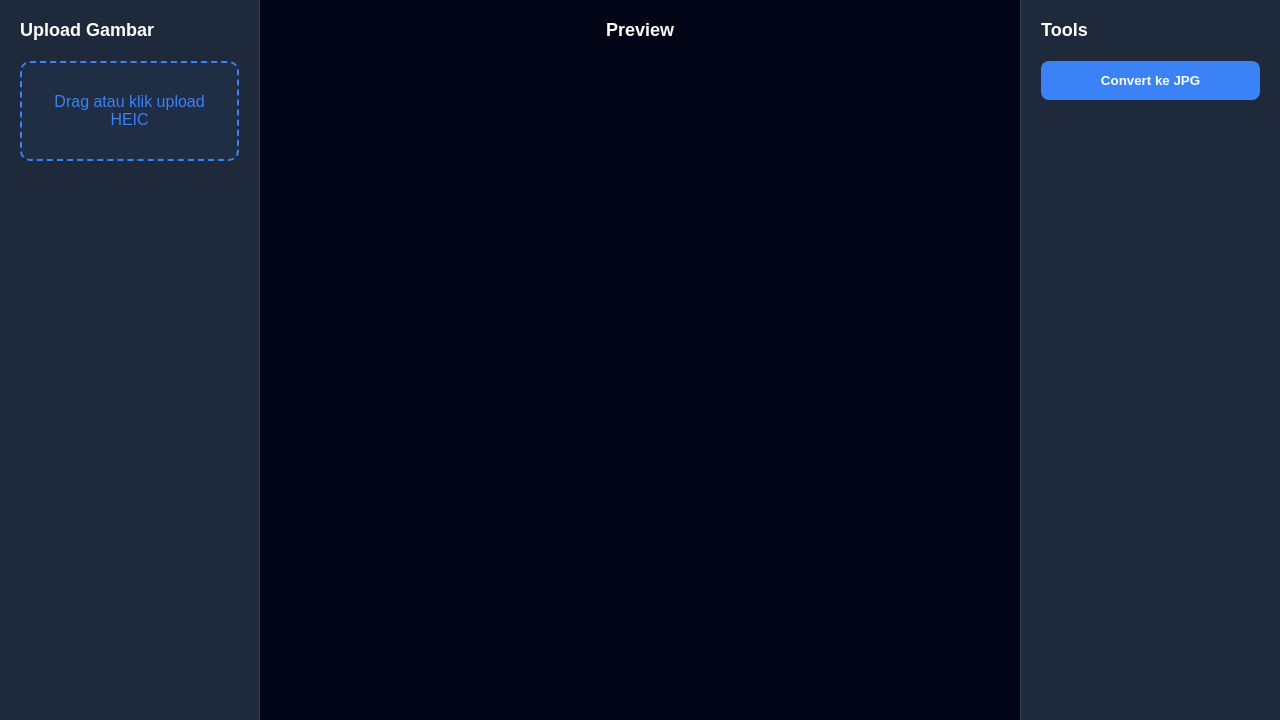
Repository: procinema22/hiisedulurfc
Page: hesedulur-main/convert-image.html
The author's editor kept a copy of each file at every save. The page is drawn from the files as they stood at one save, then again after the next save.
The browser window is 1280 px wide. The pictures show the whole page.

Above is the page before, as saved 2026-04-23 23:20:23.

After the next save:
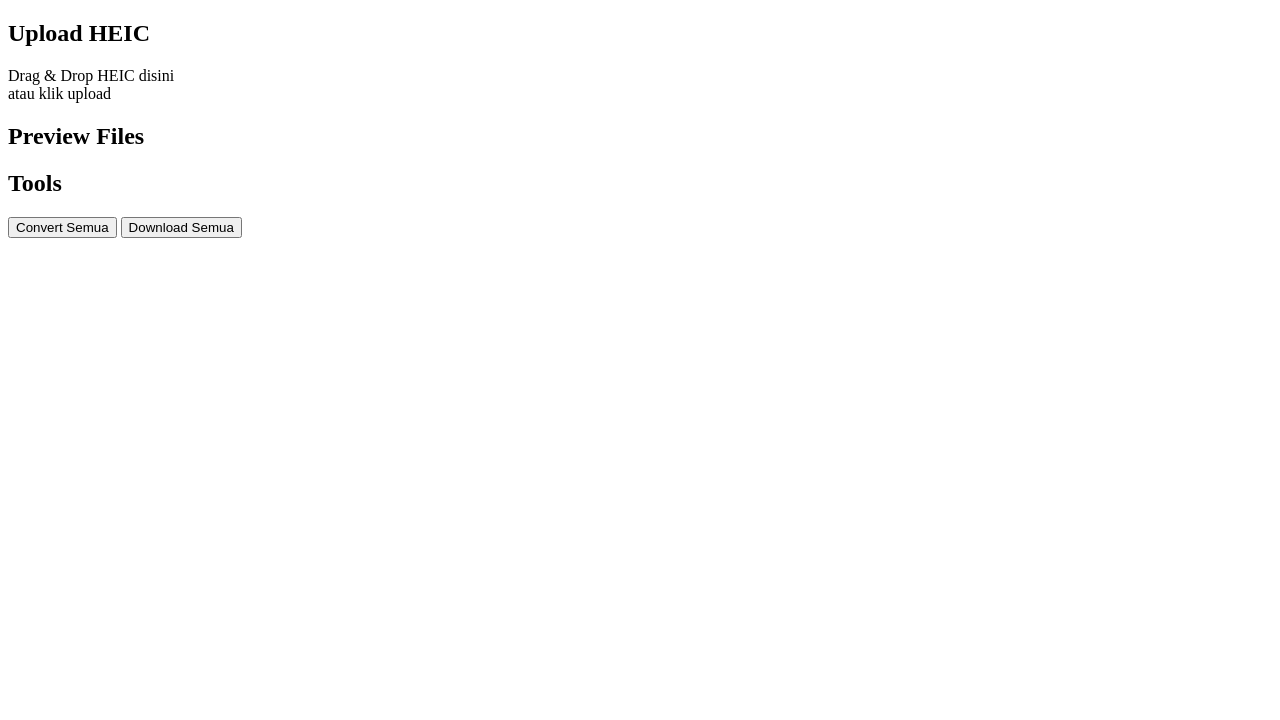
Not found: hesedulur-main/js/convert.js
Saved 64 s later.
--- a/hesedulur-main/convert-image.html
+++ b/hesedulur-main/convert-image.html
@@ -5,9 +5,9 @@
 <meta charset="UTF-8">
 <meta name="viewport" content="width=device-width, initial-scale=1.0">
 
-<title>Convert HEIC ke JPG</title>
+<title>HEIC to JPG Converter</title>
 
-<link rel="stylesheet" href="css/cetak.css">
+<link rel="stylesheet" href="css/convert.css">
 
 <script src="https://cdn.jsdelivr.net/npm/heic2any/dist/heic2any.min.js"></script>
 
@@ -17,48 +17,56 @@
 
 <div class="layout">
 
-<!-- LEFT PANEL -->
+<!-- LEFT -->
 <div class="left-panel">
 
-<div class="section-title">Upload Gambar</div>
+<h2>Upload HEIC</h2>
 
-<div class="drop-area" id="dropArea">
-Drag atau klik upload HEIC
+<div id="dropArea" class="drop-area">
+Drag & Drop HEIC disini
+<br>
+atau klik upload
 </div>
 
-<input type="file" id="heicInput" accept=".heic,image/heic" hidden>
+<input type="file" id="fileInput" accept=".heic,image/heic" multiple hidden>
 
 </div>
 
 
-<!-- CENTER PANEL -->
+<!-- CENTER -->
 <div class="center-panel">
 
-<div class="section-title">Preview</div>
+<h2>Preview Files</h2>
 
-<img id="preview">
+<div id="previewList" class="preview-list"></div>
 
 </div>
 
 
-<!-- RIGHT PANEL -->
+<!-- RIGHT -->
 <div class="right-panel">
 
-<div class="section-title">Tools</div>
+<h2>Tools</h2>
 
-<button class="btn blue" onclick="convertHEIC()">
-Convert ke JPG
+<button id="convertBtn" class="btn blue">
+Convert Semua
 </button>
 
-<a id="downloadJPG" class="btn green">
-Download JPG
-</a>
+<button id="downloadAll" class="btn green">
+Download Semua
+</button>
+
+<div class="progress">
+
+<div id="progressBar"></div>
 
 </div>
 
 </div>
 
-<script src="js/convert-heic.js"></script>
+</div>
+
+<script src="js/convert.js"></script>
 
 </body>
 </html>
